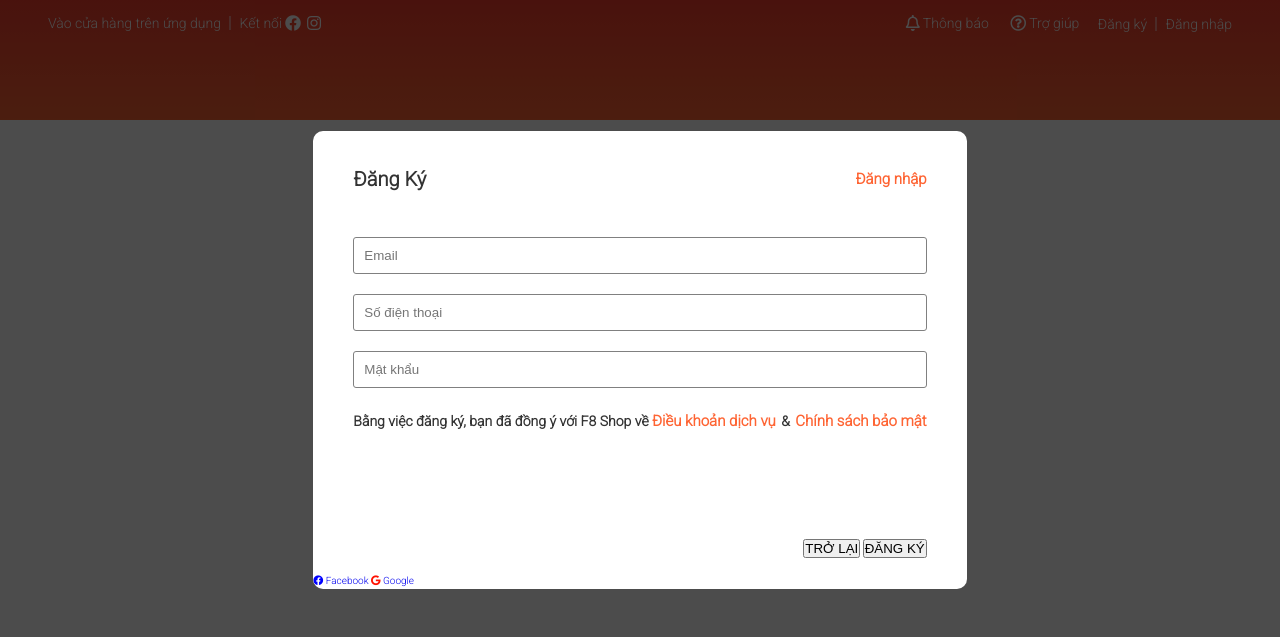
Repository: kebinh1235/Shopee-Demo
Page: index.html
These files come from the project's save history. The page is drawn as it stood at one moment and after the next save; the edit follows.
The browser window is 1280 px wide. The pictures show the whole page.

Above is the page before, as saved 2021-10-01 22:47:26.

After the next save:
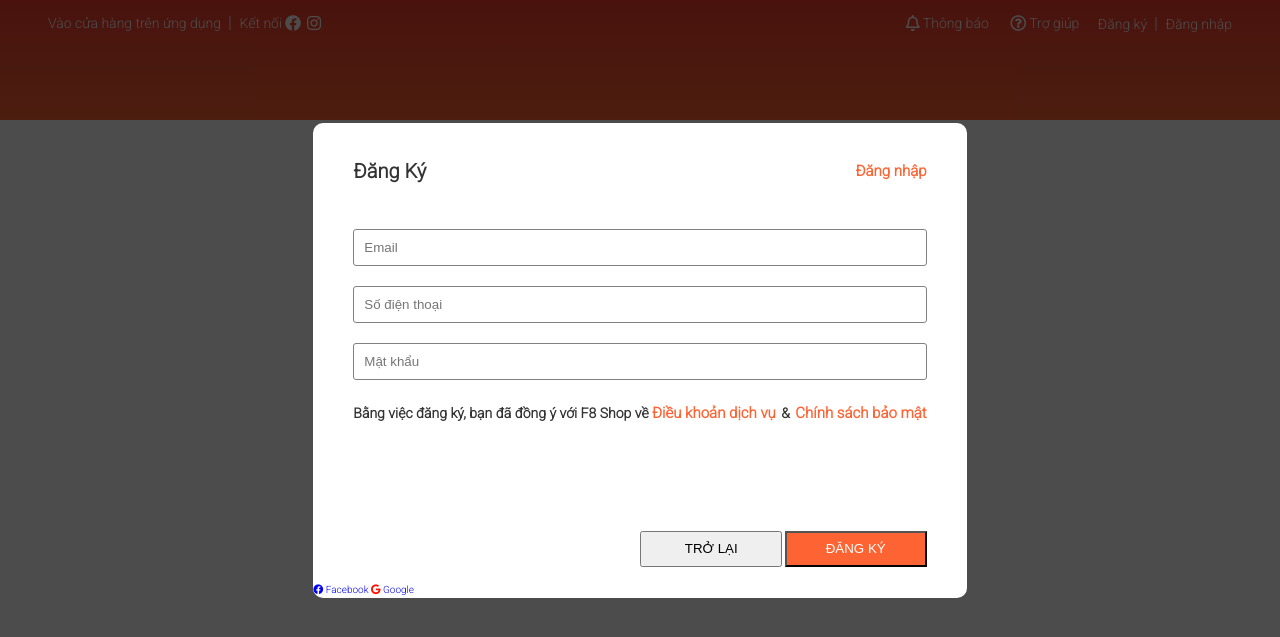
Saved 66 s later.
--- a/asset/css/base.css
+++ b/asset/css/base.css
@@ -40,6 +40,16 @@ html {
   display: flex;
   flex-wrap: wrap;
 }
+/*Button Style*/
+.btn {
+  min-width: 142px;
+  height: 36px;
+}
+.btn.btn-primary {
+  color: var(--white-color);
+  background: var(--primary-color);
+}
+
 
 /*Animation*/
 @keyframes fadeIn {
